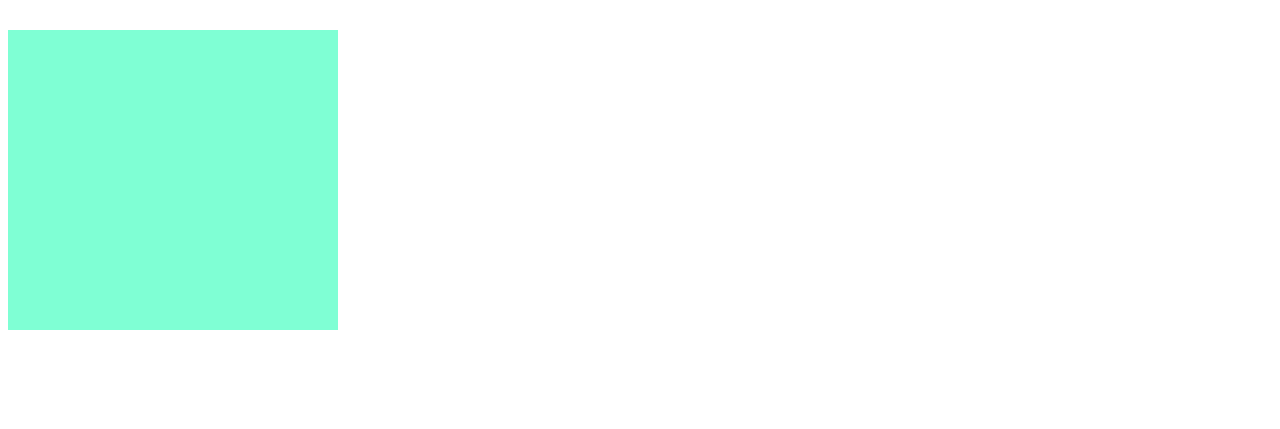
Repository: yuu3176/theme1
Page: box/box.html
The author's editor kept a record of every edit. The page is drawn from the files as they stood at one moment, then again after the next edit.
The browser window is 1280 px wide. The pictures show the whole page.

Above is the page before.

After the next edit:
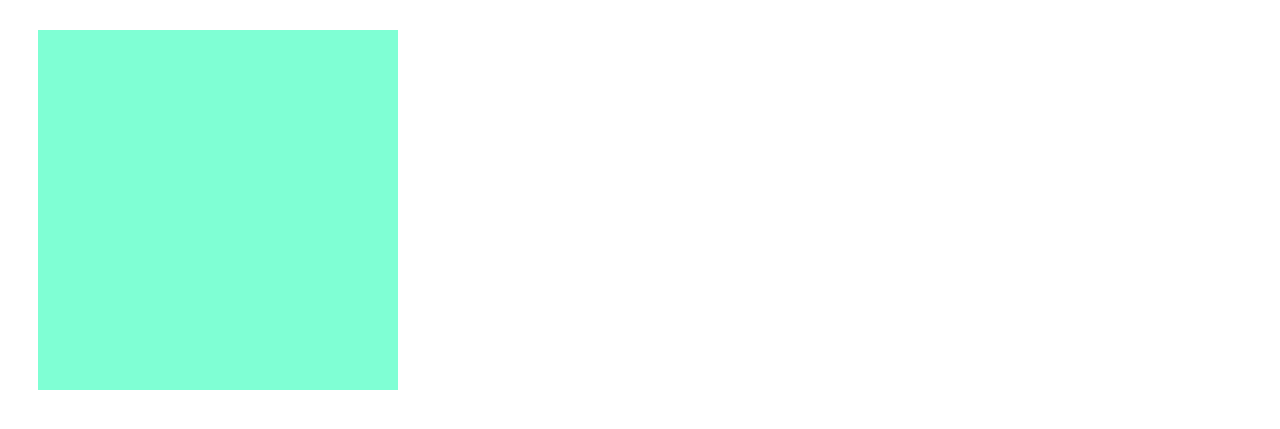
The edit:
--- a/box/box.css
+++ b/box/box.css
@@ -2,8 +2,8 @@
   width: 300px;
   height: 300px;
   background-color: #7fffd4;
-  margin-top:30px;
-  padding-left: 30px;
+  margin:30px;
+  padding:30px;
 }
 .box2{
   width:100px;
